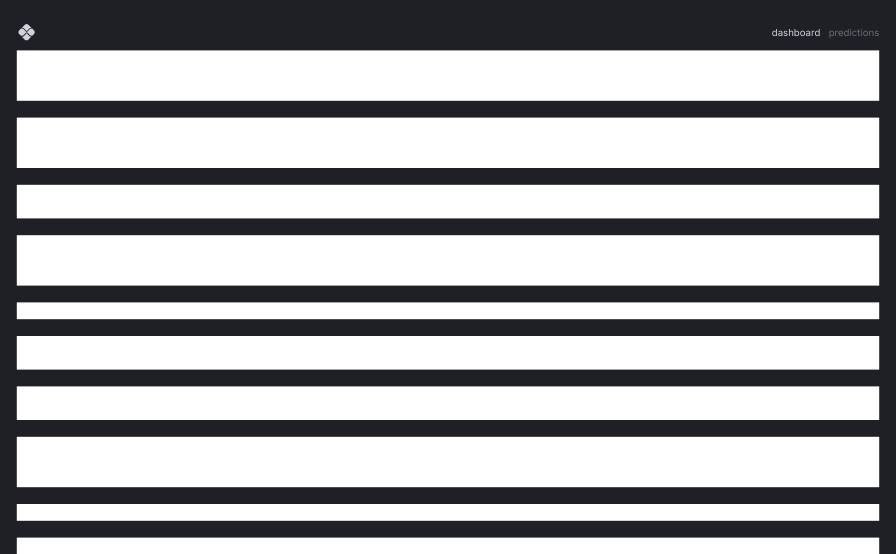
Repository: BernhardSilva/finance-client
Page: /
These files come from the project's save history. The page is drawn as it stood at one moment and after the next save; the edit follows.
The browser window is 1280 px wide. The pictures show the part of the page from y = 0 to 1920 px (the page is 792 px tall before and 3272 px after), at 70% of full size.
The project was rebuilt for these pictures with package versions that can differ from the ones it lists, and the page was loaded fresh each time. Also part of the build but not shown: vite.config.ts.

Above is the page before, as saved 2023-05-14 22:08:43.

### src/App.tsx
import '@/App.css';
import Navbar from '@/scenes/navbar';
import Dashboard from '@/scenes/dashboard';
import { Box, CssBaseline } from '@mui/material';
import { ThemeProvider, createTheme } from '@mui/material/styles';
import { useMemo } from 'react';
import { BrowserRouter, Route, Routes } from 'react-router-dom';
import { themeSettings } from './theme';

function App() {
	const theme = useMemo(() => createTheme(themeSettings), []);
	return (
		<>
			<div className='app'>
				<BrowserRouter>
					<ThemeProvider theme={theme}>
						<CssBaseline />
						<Box width='100%' height='100%' padding='1remn 2rem 4rem 2rem'>
							<Navbar />
							<Routes>
								<Route path='/' element={<Dashboard />} />
								<Route path='/predictions' element={<div>predictions page</div>} />
							</Routes>
						</Box>
					</ThemeProvider>
				</BrowserRouter>
			</div>
		</>
	);
}

export default App;

### src/index.css
@import url('https://fonts.googleapis.com/css2?family=Inter:wght@400;500;600&family=Ubuntu:wght@400;700&display=swap');


html, body, #root, .app {
  height: 100%;
  width: 100%;
  font-family: "Inter", sans-serif;
  background-color: #1f2026
}

### src/App.css
#root {
  max-width: 1280px;
  margin: 0 auto;
  padding: 1.5rem;
  text-align: center;
}

.logo {
  height: 6em;
  padding: 1.5em;
  will-change: filter;
  transition: filter 300ms;
}
.logo:hover {
  filter: drop-shadow(0 0 2em #646cffaa);
}
.logo.react:hover {
  filter: drop-shadow(0 0 2em #61dafbaa);
}

@keyframes logo-spin {
  from {
    transform: rotate(0deg);
  }
  to {
    transform: rotate(360deg);
  }
}

@media (prefers-reduced-motion: no-preference) {
  a:nth-of-type(2) .logo {
    animation: logo-spin infinite 20s linear;
  }
}

.card {
  padding: 2em;
}

.read-the-docs {
  color: #888;
}

### src/scenes/navbar/index.tsx
import { useState } from 'react';
import { Link } from 'react-router-dom';
import { Box, Typography, useTheme } from '@mui/material';
import FlexBetween from '@/components/FlexBetween';
import PixIcon from '@mui/icons-material/Pix';

type Props = {};

const Navbar = (props: Props) => {
	const { palette } = useTheme();
	const [selected, setSelected] = useState('dashboard')
	return (
		<FlexBetween mb="0.25rem" p="0.5rem 0rem" color={palette.grey[300]}>
			{/* LEFT SIDE */}
			<FlexBetween gap="0.75rem">
				<PixIcon sx={{ fontSize: "28px" }}>
					<Typography variant="h4" fontSize="16px">
						Finanseer
					</Typography>
				</PixIcon>
			</FlexBetween>
			{/* RIGHT SIDE */}
			<FlexBetween gap="0.75rem">
				<Box sx={{ '&:hover': { color: palette.primary[100] } }}>
					<Link to="/" onClick={() => setSelected("dashboard")}
						style={{
							color: selected === "dashboard" ? "inherit" : palette.grey[700],
							textDecoration: "inherit"
						}}>
							dashboard
					</Link>
				</Box>
				<Box sx={{ '&:hover': { color: palette.primary[100] } }}>
					<Link to="/predictions" onClick={() => setSelected("predictions")}
						style={{
							color: selected === "predictions" ? "inherit" : palette.grey[700],
							textDecoration: "inherit"
						}}>
							predictions
					</Link>
				</Box>
			</FlexBetween>

		</FlexBetween >
	);
};

export default Navbar;

### src/scenes/dashboard/index.tsx
import { Box, useTheme, useMediaQuery } from '@mui/material';

type Props = {}

const gridTemplateLargeScreens = `
    "a b c"
    "a b c"
    "a b c"
    "a b f"
    "d e f"
    "d e f"
    "d h i"
    "g h i"
    "g h j"
    "g h j"
`
const gridTemplateSmallScreens = `
    "a"
    "a"
    "a"
    "a"
    "b"
    "b"
    "b"
    "b"
    "c"
    "c"
    "c"
    "d"
    "d"
    "d"
    "d"
    "e"
    "e"
    "f"
    "f"
    "f"
    "g"
    "g"
    "g"
    "h"
    "h"
    "h"
    "h"
    "i"
    "i"
    "j"
    "j"
`

const Dashboard = (props: Props) => {
    const isAboveMediumScreens = useMediaQuery(("min-dith:1200px"))
    const { palette } = useTheme()
    return (
        <Box width="100%" height="100%" display="grid" gap="1.5rem"
            sx={isAboveMediumScreens ? {
                gridTemplateColumns: "repeat(3, minmax(370px, 1fr))",
                gridTemplateRows: "repeat(10, minmax(60px, 1fr ))",
                gridTemplateAreas: gridTemplateLargeScreens,
            } : {
                gridAutoRows: "",
                gridTemplateAreas: gridTemplateSmallScreens
             }
            }>
            <Box gridArea="a" bgcolor="#fff"></Box>
            <Box gridArea="b" bgcolor="#fff"></Box>
            <Box gridArea="c" bgcolor="#fff"></Box>
            <Box gridArea="d" bgcolor="#fff"></Box>
            <Box gridArea="e" bgcolor="#fff"></Box>
            <Box gridArea="f" bgcolor="#fff"></Box>
            <Box gridArea="g" bgcolor="#fff"></Box>
            <Box gridArea="h" bgcolor="#fff"></Box>
            <Box gridArea="i" bgcolor="#fff"></Box>
            <Box gridArea="j" bgcolor="#fff"></Box>
        </Box>
    )
}

export default Dashboard

### src/theme.ts

export const tokens = {
    grey: {
      100: "#f0f0f3",
      200: "#e1e2e7",
      300: "#d1d3da",
      400: "#c2c5ce",
      500: "#b3b6c2",
      600: "#8f929b",
      700: "#6b6d74",
      800: "#48494e",
      900: "#242427",
    },
    primary: {
      // light green
      100: "#d0fcf4",
      200: "#a0f9e9",
      300: "#71f5de",
      400: "#41f2d3",
      500: "#12efc8",
      600: "#0ebfa0",
      700: "#0b8f78",
      800: "#076050",
      900: "#043028",
    },
    secondary: {
      // yellow
      100: "#fcf0dd",
      200: "#fae1bb",
      300: "#f7d299",
      400: "#f5c377",
      500: "#f2b455",
      600: "#c29044",
      700: "#916c33",
      800: "#614822",
      900: "#302411",
    },
    tertiary: {
      // purple
      500: "#8884d8",
    },
    background: {
      light: "#2d2d34",
      main: "#1f2026",
    },
  };

  // mui theme settings
  export const themeSettings = {
    palette: {
      primary: {
        ...tokens.primary,
        main: tokens.primary[500],
        light: tokens.primary[400],
      },
      secondary: {
        ...tokens.secondary,
        main: tokens.secondary[500],
      },
      tertiary: {
        ...tokens.tertiary,
      },
      grey: {
        ...tokens.grey,
        main: tokens.grey[500],
      },
      background: {
        default: tokens.background.main,
        light: tokens.background.light,
      },
    },
    typography: {
      fontFamily: ["Inter", "sans-serif"].join(","),
      fontSize: 12,
      h1: {
        fontFamily: ["Inter", "sans-serif"].join(","),
        fontSize: 32,
      },
      h2: {
        fontFamily: ["Inter", "sans-serif"].join(","),
        fontSize: 24,
      },
      h3: {
        fontFamily: ["Inter", "sans-serif"].join(","),
        fontSize: 20,
        fontWeight: 800,
        color: tokens.grey[200],
      },
      h4: {
        fontFamily: ["Inter", "sans-serif"].join(","),
        fontSize: 14,
        fontWeight: 600,
        color: tokens.grey[300],
      },
      h5: {
        fontFamily: ["Inter", "sans-serif"].join(","),
        fontSize: 12,
        fontWeight: 400,
        color: tokens.grey[500],
      },
      h6: {
        fontFamily: ["Inter", "sans-serif"].join(","),
        fontSize: 10,
        color: tokens.grey[700],
      },
    },
  };

### src/components/FlexBetween.tsx
import { Box } from '@mui/material';
import { styled } from '@mui/system';

const FlexBetween = styled(Box)({
	display: 'flex',
	justifyContent: 'space-between',
	alignItems: 'center'
});

export default FlexBetween;

Loaded but not shown: index.html (common file); src/main.tsx (common file)

After the next save:
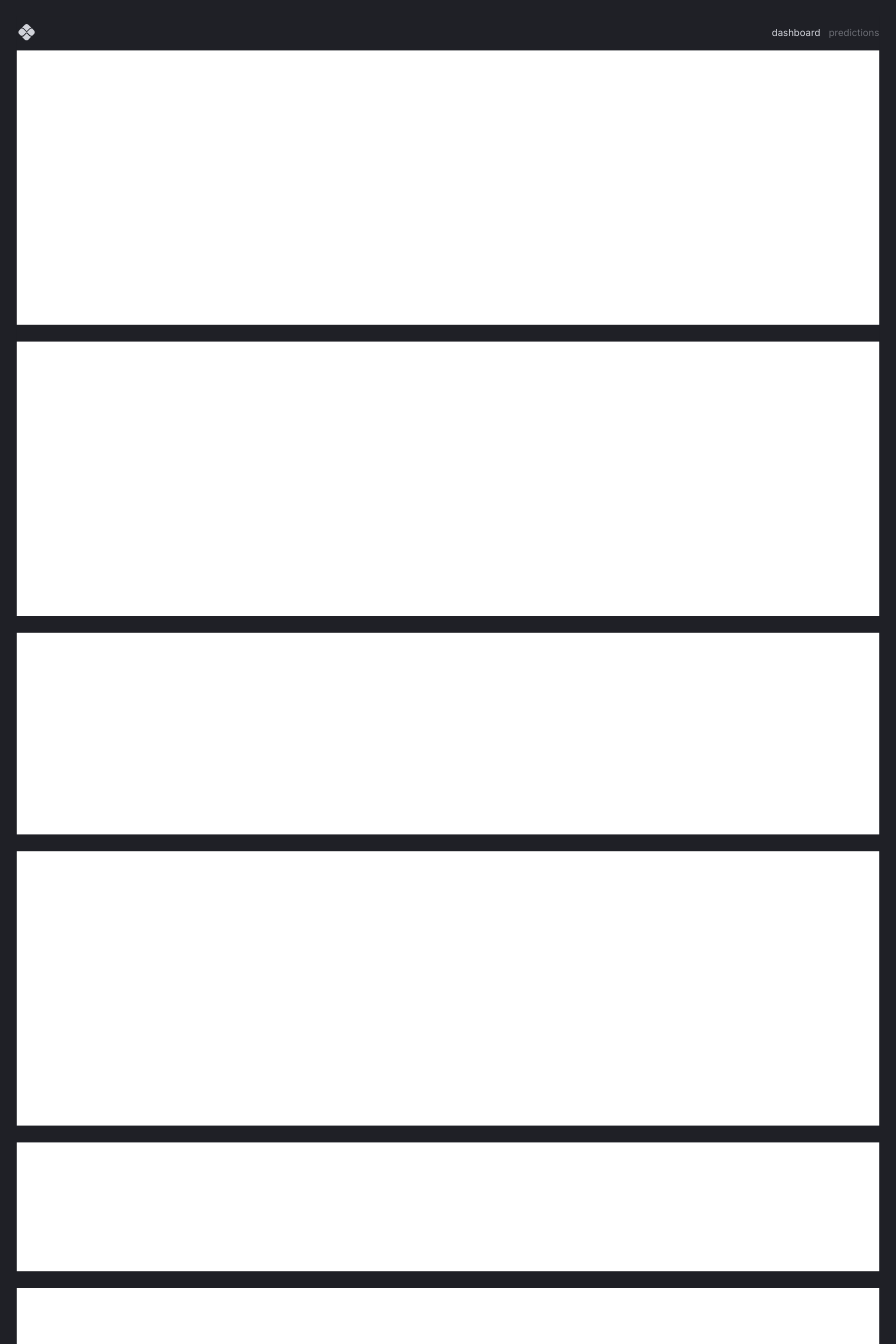
Saved 21 s later.
--- a/src/scenes/dashboard/index.tsx
+++ b/src/scenes/dashboard/index.tsx
@@ -58,7 +58,8 @@ const Dashboard = (props: Props) => {
                 gridTemplateRows: "repeat(10, minmax(60px, 1fr ))",
                 gridTemplateAreas: gridTemplateLargeScreens,
             } : {
-                gridAutoRows: "",
+                gridTemplateColumns: "1fr",
+                gridAutoRows: "80px",
                 gridTemplateAreas: gridTemplateSmallScreens
              }
             }>
